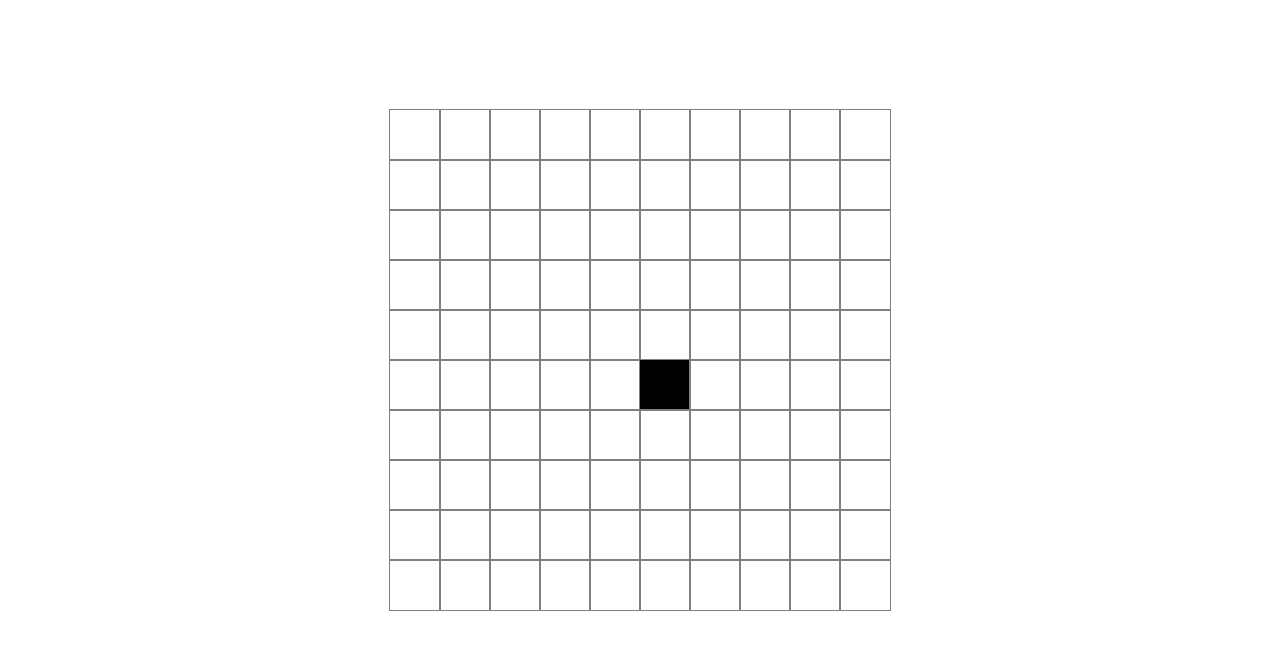
Repository: meills/react-snake
Page: /
An editor plug-in stored every save of this project. The page is shown before and after a run of saves, followed by the edit.
The browser window is 1280 px wide. The pictures show the whole page.
The project was rebuilt for these pictures with package versions that can differ from the ones it lists, and the page was loaded fresh each time. Also part of the build but not shown: src/styles/App.css.

Above is the page before, as saved 2020-06-10 23:45:16.

After the next 2 saves:
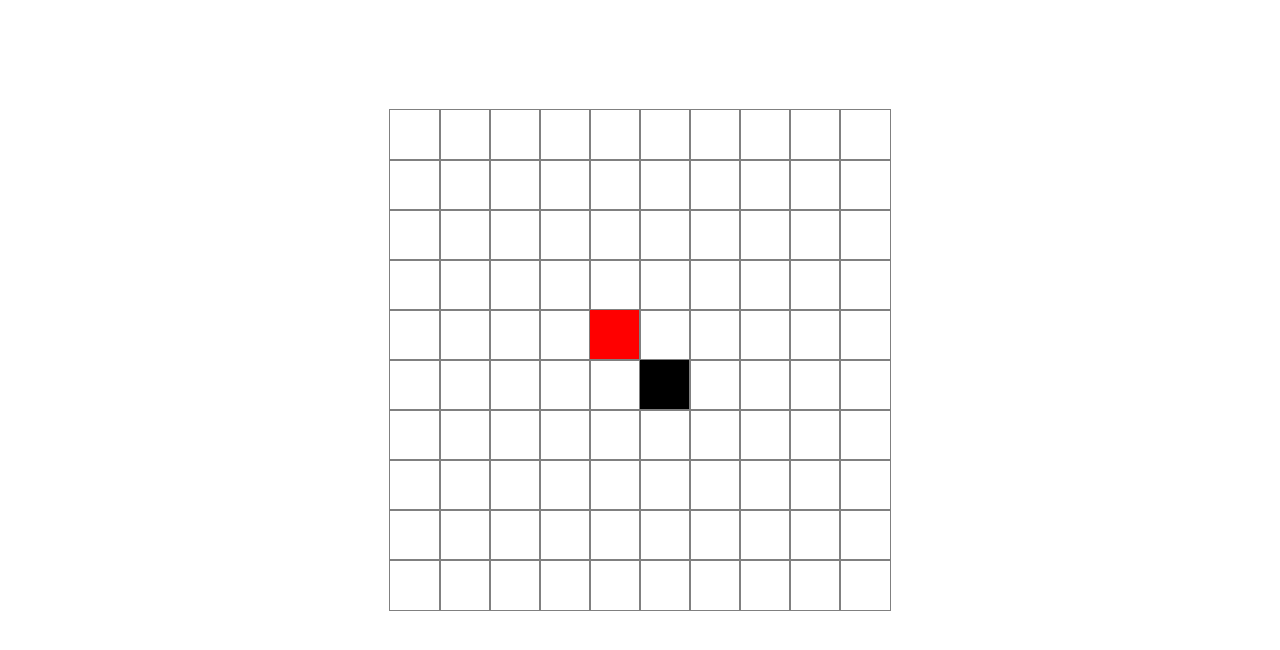
The 2 saves are shown as one change because 1 did not build or start.
The last was saved 5 min 45 s later.
--- a/src/components/Grid.js
+++ b/src/components/Grid.js
@@ -8,7 +8,7 @@ class Grid extends React.Component {
         rows: GRID_SIZE,
         cols: GRID_SIZE,
         grid: [],
-        food: {},
+        food: {row: 4, col: 4,},
         snake: {
             head: {},
         },
